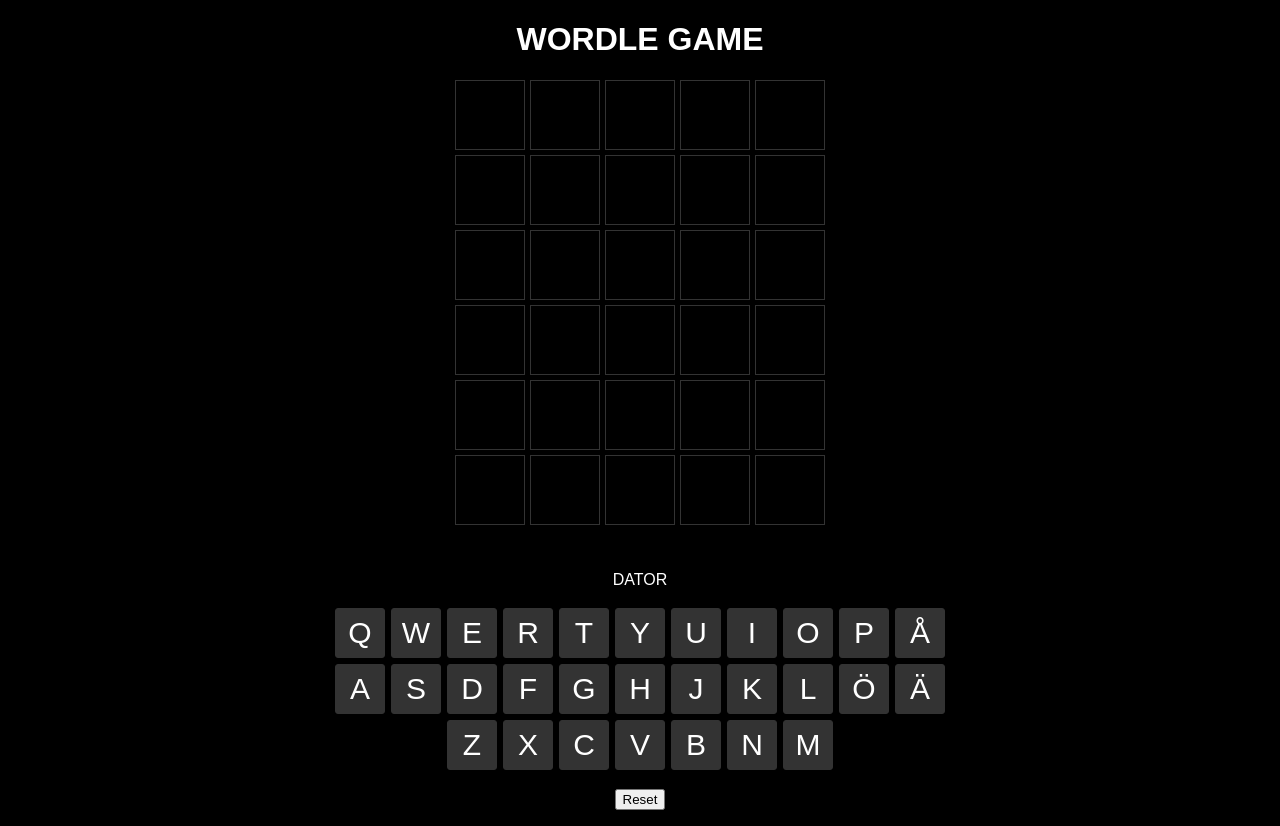
Repository: KarimIsaac/WorldeGame
Page: index.html
An editor plug-in stored every save of this project. The page is shown before and after the next save, followed by the edit.
The browser window is 1280 px wide. The pictures show the whole page.

Above is the page before, as saved 2022-03-13 07:03:16.

### index.html
<!DOCTYPE html>
<html lang="en">
<head>
    <meta charset="UTF-8">
    <meta http-equiv="X-UA-Compatible" content="IE=edge">
    <meta name="viewport" content="width=device-width, initial-scale=1.0">
    <title>Worlde Game</title>
    <link rel="stylesheet" href="style.css">
</head>
<body>

    <h1>Wordle Game</h1>
    <div id="grid"></div>
    <p id="answer"></p>
    <div id="keyboard"></div>

    <p>
      <button onClick="init()">Reset</button>
      </o>

      <script src="script.js"></script>
</body>
</html>

### style.css
html,
body {
  text-align: center;
  background: rgb(0, 0, 0);
  color: white;
  text-transform: uppercase;
  font-family: sans-serif;
}

#grid {
  display: inline-grid;
  grid-template-rows: repeat(6, 70px);
  grid-template-columns: repeat(5, 70px);
  gap: 5px;
  margin-bottom: 30px;
}

#grid div {
  border: 1px solid #333;
  display: flex;
  align-items: center;
  justify-content: center;
  font-size: 40px;
}

#keyboard button {
  appearance: none;
  border: 1px solid #333;
  background: #333;
  color: white;
  font-size: 30px;
  display: inline-block;
  width: 50px;
  height: 50px;
  line-height: 1;
  margin: 3px;
  text-transform: uppercase;
  border-radius: 3px;
}

### script.js
const grid = document.getElementById("grid");
const keyboard = document.getElementById("keyboard");

let answer = "";

const words = [
, "spela"
, "äpple"
, "hoppa"
, "dansa"
, "dator"
, "cykla"
, "skola"
, "träna"
];

let attempts = [];
let currentAttempt = "";

function drawGrid() {
  grid.innerHTML = "";

  for (i = 0; i < 6; i++) {
    for (j = 0; j < 5; j++) {
      const cell = document.createElement("div");
      grid.appendChild(cell);
    }
  }
}

function drawKeyboard() {
  keyboard.innerHTML = "";

  renderKeyboardRow("qwertyuiopå");
  renderKeyboardRow("asdfghjklöä");
  renderKeyboardRow("zxcvbnm");
}

function renderKeyboardRow(chars) {
  const row = document.createElement("div");

  for (const c of chars) {
    const key = document.createElement("button");
    key.textContent = c;
    key.onclick = () => playLetter(c);

    row.appendChild(key);
  }

  keyboard.appendChild(row);
}

function renderAttempts() {
  for (i = 0; i < attempts.length; i++) {
    const attempt = attempts[i];

    for (j = 0; j < 5; j++) {
      const letter = attempt[j];

      cell = grid.children[i * 5 + j];
      cell.textContent = letter;

      if (letter === answer[j]) {
        cell.style.backgroundColor = "green";
      } else if (answer.includes(letter)) {
        cell.style.backgroundColor = "#bfbf2e";
      } else {
        cell.style.backgroundColor = "#000";
      }
    }
  }
}

function renderCurrentAttempt() {
  for (i = 0; i < 5; i++) {
    const letter = currentAttempt[i] || "";

    cell = grid.children[attempts.length * 5 + i];
    cell.textContent = letter;
  }
}

function playLetter(letter) {
  currentAttempt = currentAttempt + letter;

  renderCurrentAttempt();
}

function handleInput(e) {
  const key = e.key.toLowerCase();

  if (key === "enter" && currentAttempt.length === 5) {
    attempts.push(currentAttempt);
    currentAttempt = "";

    renderAttempts();
  }

  if (key === "backspace" && currentAttempt.length) {
    const letters = currentAttempt.split("");
    letters.pop();
    currentAttempt = letters.join("");

    renderCurrentAttempt();
  }

  if (/^[a-z]$/.test(key) && currentAttempt.length < 5) {
    playLetter(key);
  }
}

function init() {
  attempts = [];
  currentAttempt = "";

  answer = words[Math.floor(Math.random() * words.length)];

  document.getElementById("answer").textContent = answer;

  drawGrid();
  drawKeyboard();

  renderAttempts();
  renderCurrentAttempt();

  document.removeEventListener("keydown", handleInput);
  document.addEventListener("keydown", handleInput);
}

init();

After the next save:
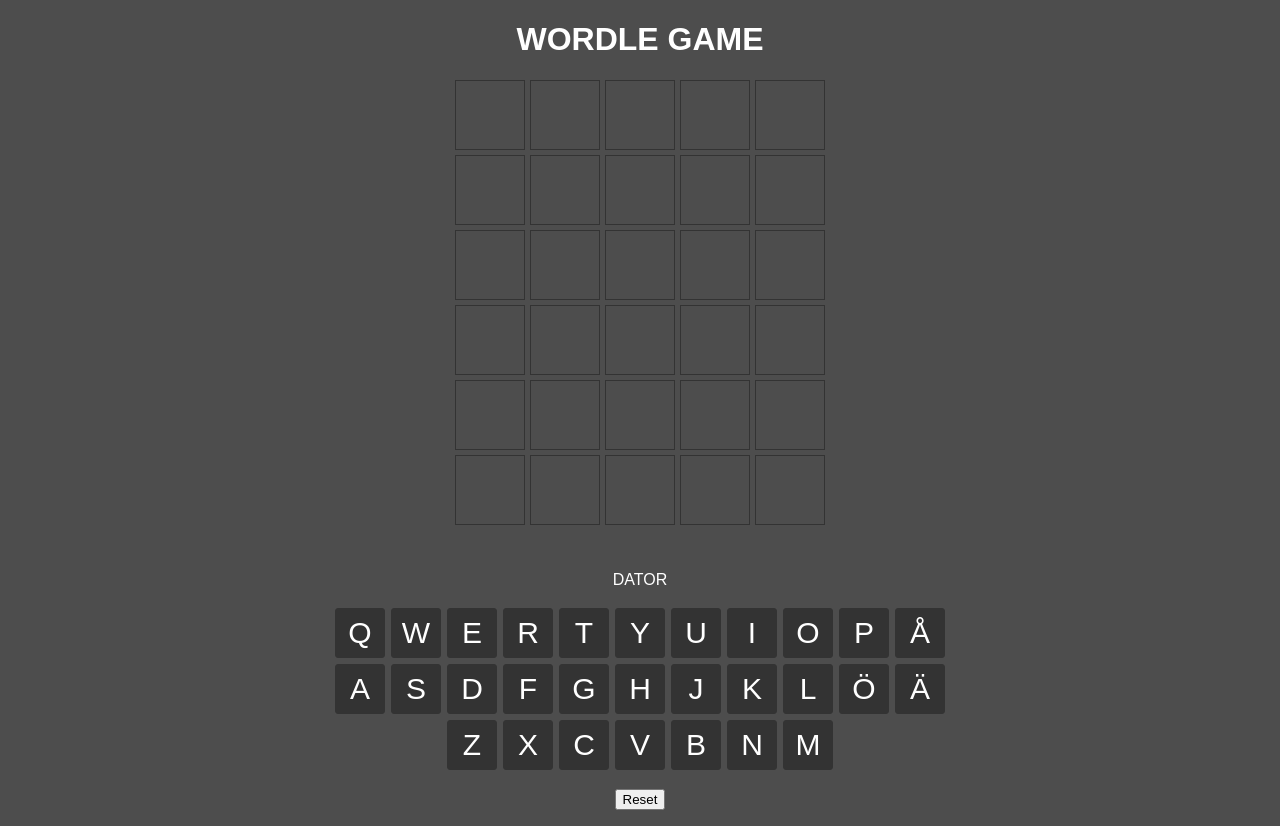
Saved 6 s later.
--- a/style.css
+++ b/style.css
@@ -1,7 +1,7 @@
 html,
 body {
   text-align: center;
-  background: rgb(0, 0, 0);
+  background: rgb(77, 77, 77);
   color: white;
   text-transform: uppercase;
   font-family: sans-serif;
